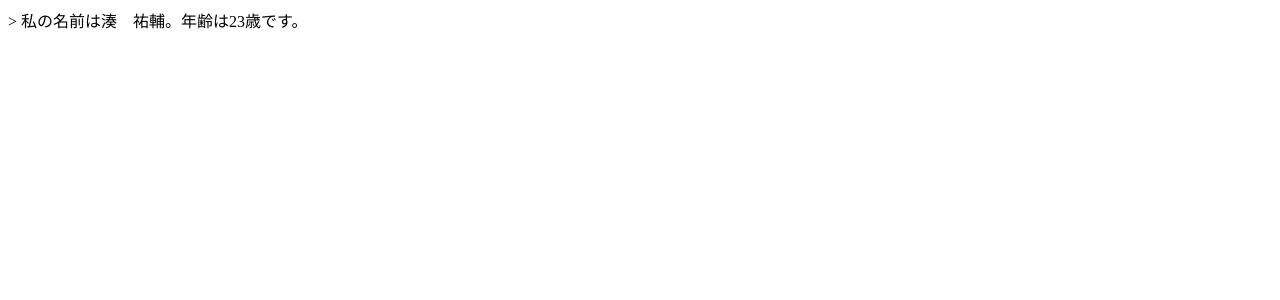
Repository: mmmtmi/practice
Page: http://localhost/example04/sample.jsp
These files come from the project's save history. The page is drawn as it stood at one moment and after the next save; the edit follows.
The browser window is 1280 px wide. The pictures show the whole page.
The page is served by Tomcat 9.

Above is the page before, as saved 2024-11-25 05:10:48.

After the next save:
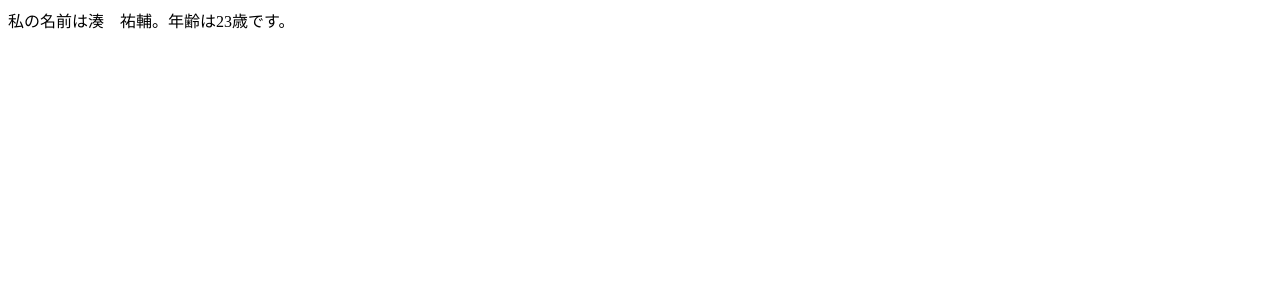
Saved 4 s later.
--- a/servlet jsp/workspace_web/example04/src/main/webapp/sample.jsp
+++ b/servlet jsp/workspace_web/example04/src/main/webapp/sample.jsp
@@ -13,7 +13,7 @@
 <title>JSPのサンプル</title>
 </head>
 <body>
-<%--- JSPのコメント --%>>
+<%--- JSPのコメント --%>
 私の名前は<%= name %>。年齢は<%= age %>歳です。
 <!-- HTMLのコメント -->
 </body>
